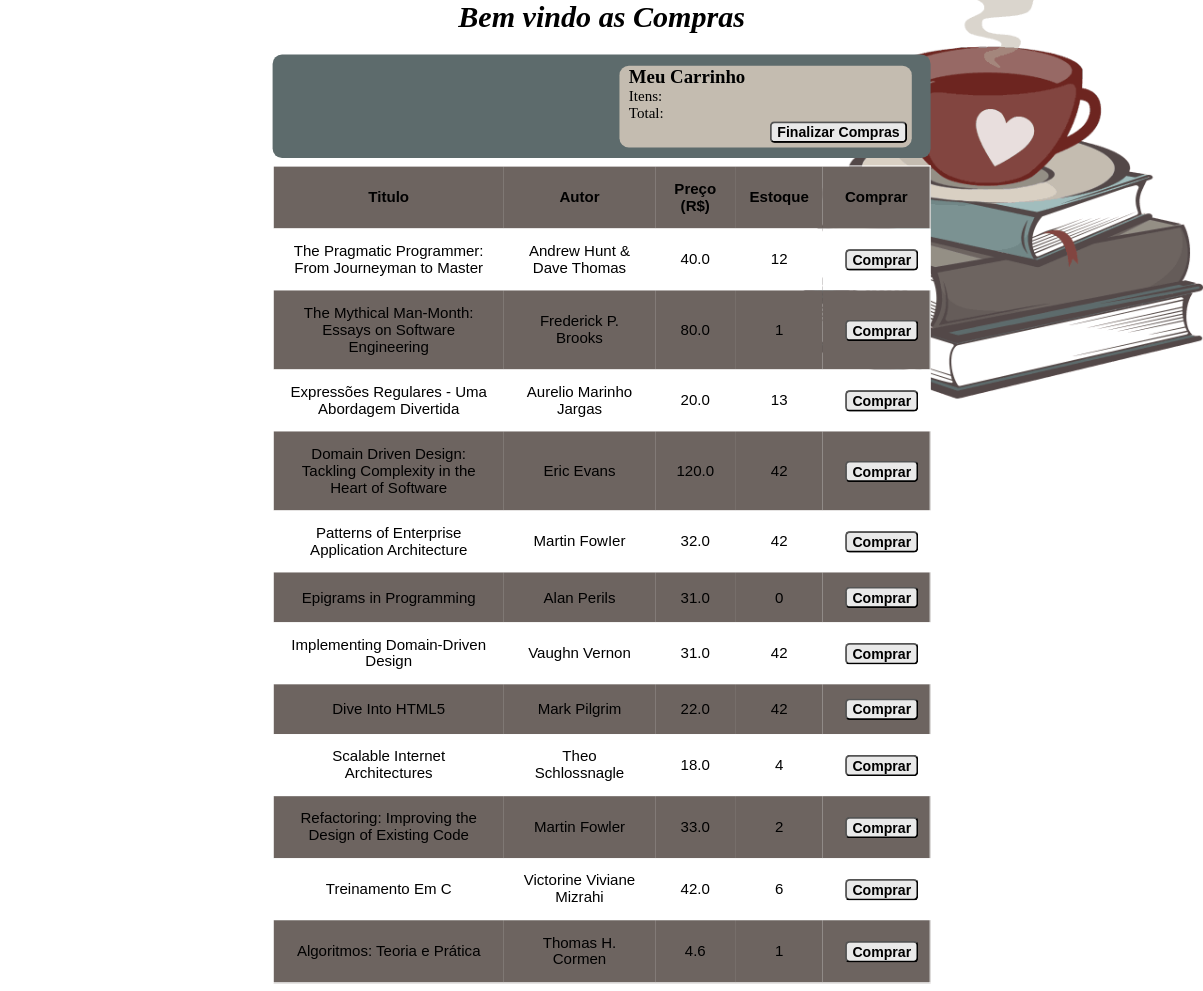
Repository: gabriellacrystina/ProjetoTegra
Page: http://localhost/book-store/Produtos
These files come from the project's save history. The page is drawn as it stood at one moment and after the next save; the edit follows.
The browser window is 1280 px wide. The pictures show the whole page, at 94% of full size.
The page is served by Tomcat 9.

Above is the page before, as saved 2016-07-08 00:43:49.

After the next save:
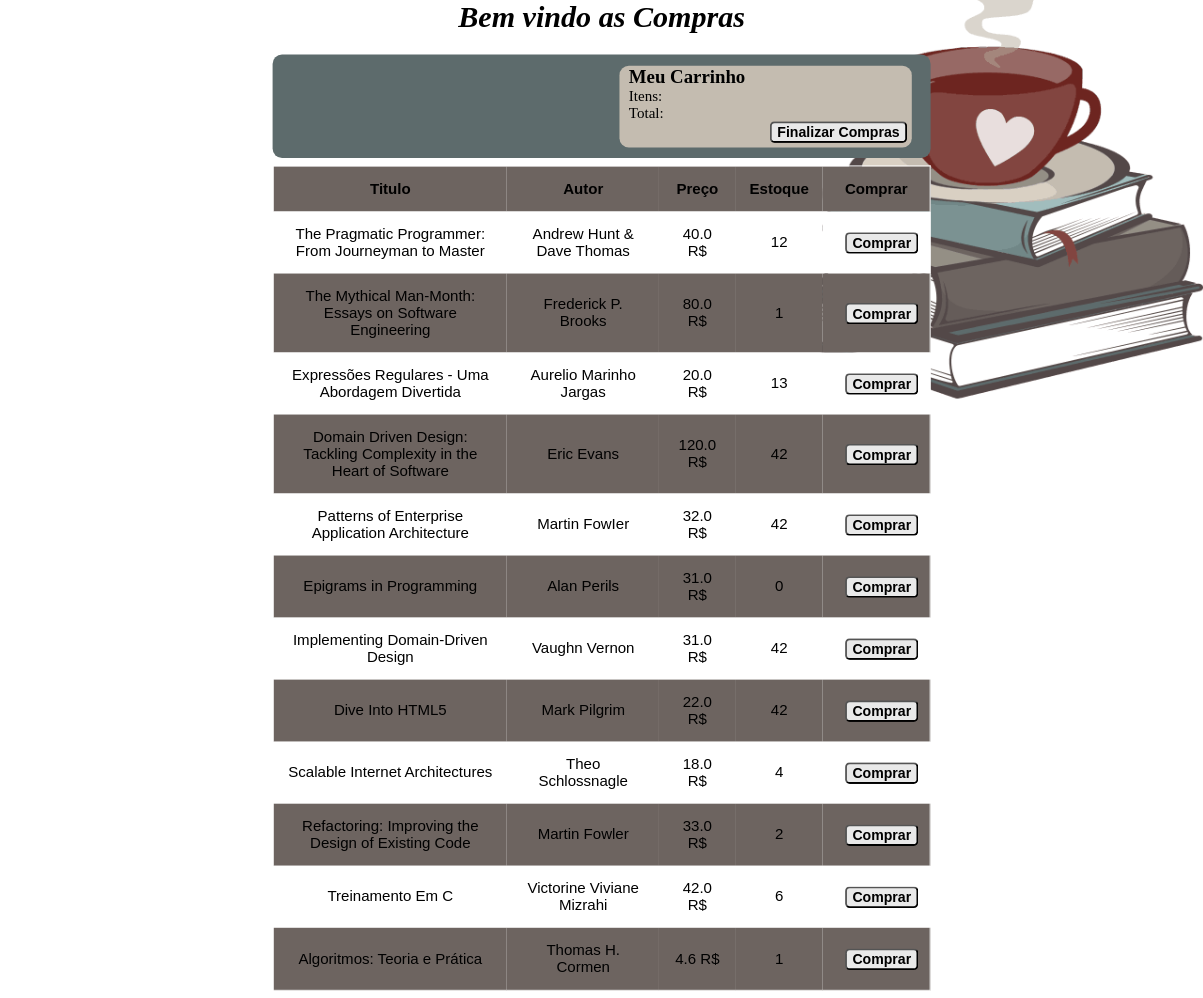
Saved 103 s later.
--- a/book-store/WebContent/index.jsp
+++ b/book-store/WebContent/index.jsp
@@ -31,7 +31,7 @@
 			  <tr>
 			    <th>Titulo</th>
 			    <th>Autor</th>
-			    <th>Preço (R$)</th>
+			    <th>Preço</th>
 			    <th>Estoque</th>
 			    <th>Comprar</th>
 			  </tr>
@@ -39,7 +39,7 @@
 		  			<tr class="livros">
 						<td class="nome-livro">${livro.titulo}</td>
 						<td class="nome-autor">${livro.autor}</td>
-						<td class="preco">${livro.preco}</td>
+						<td class="preco">${livro.preco} R$</td>
 						<td class="estoque">${livro.estoque}</td>
 						<td>
 							<form action="Produtos" method="post" name="produtos" >
